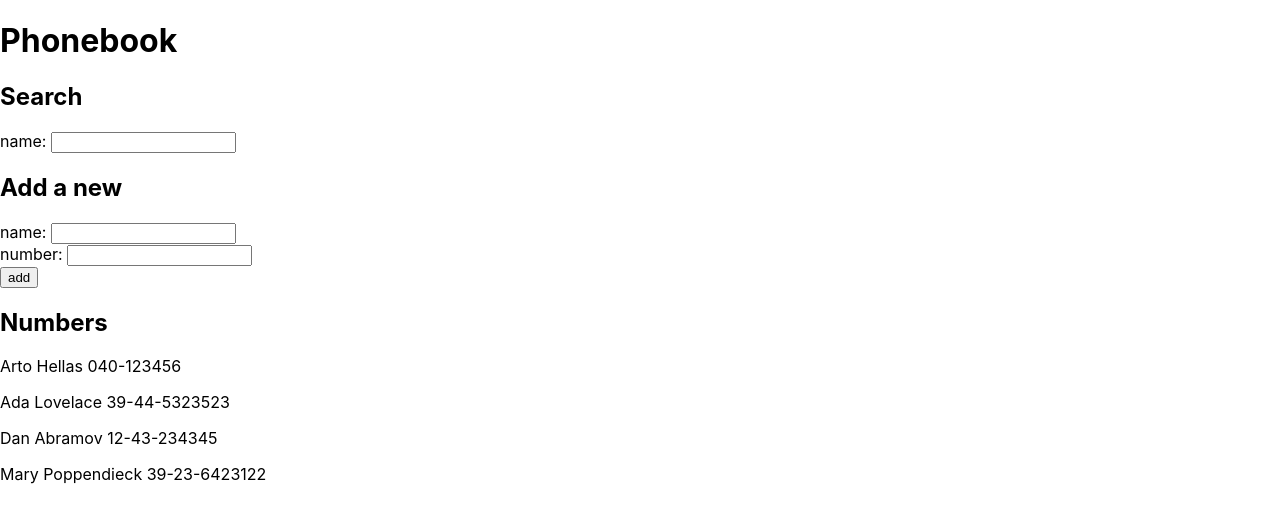
Repository: 0101chaitanya/phonebook-front
Page: /
The author's editor kept a copy of each file at every save. The page is drawn from the files as they stood at one save, then again after the next save.
The browser window is 1280 px wide. The pictures show the whole page.
The project was rebuilt for these pictures with package versions that can differ from the ones it lists, and the page was loaded fresh each time. Requests to the local data server were answered from the project's data file.

Above is the page before, as saved 2021-09-20 12:06:56.

After the next save:
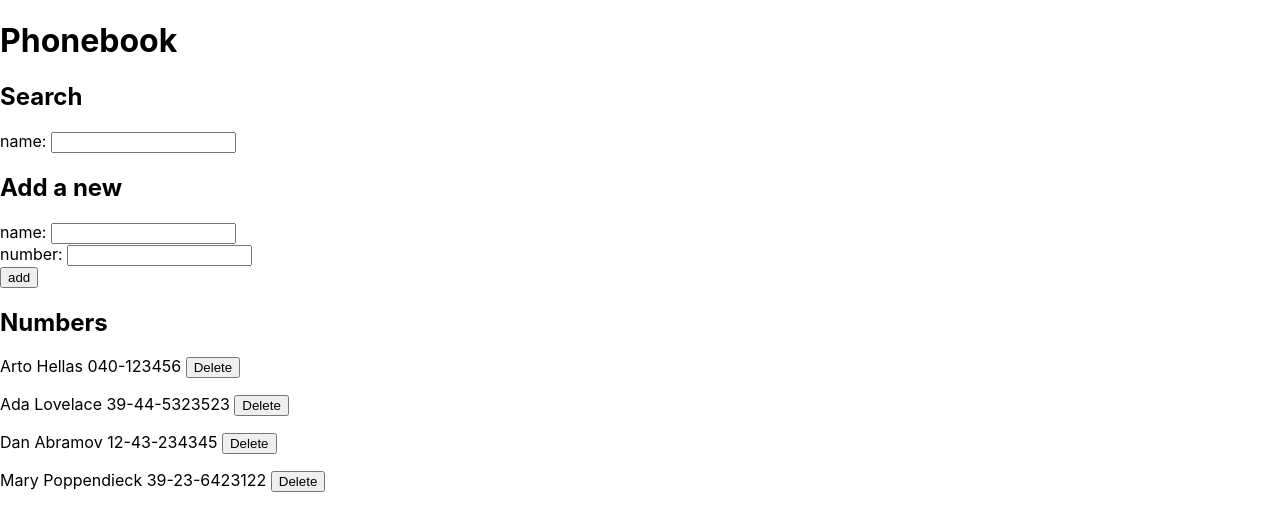
Saved 51 s later.
--- a/src/components/Numbers.jsx
+++ b/src/components/Numbers.jsx
@@ -1,10 +1,11 @@
-const Numbers = ({ persons }) => {
+const Numbers = ({ persons, handleDelete }) => {
   return (
     <div>
       {persons.map((person) => {
         return (
           <p key={person.name}>
-            {person.name} {person.number}
+            {person.name} {person.number}{" "}
+            <button onClick={handleDelete}>Delete</button>
           </p>
         );
       })}
